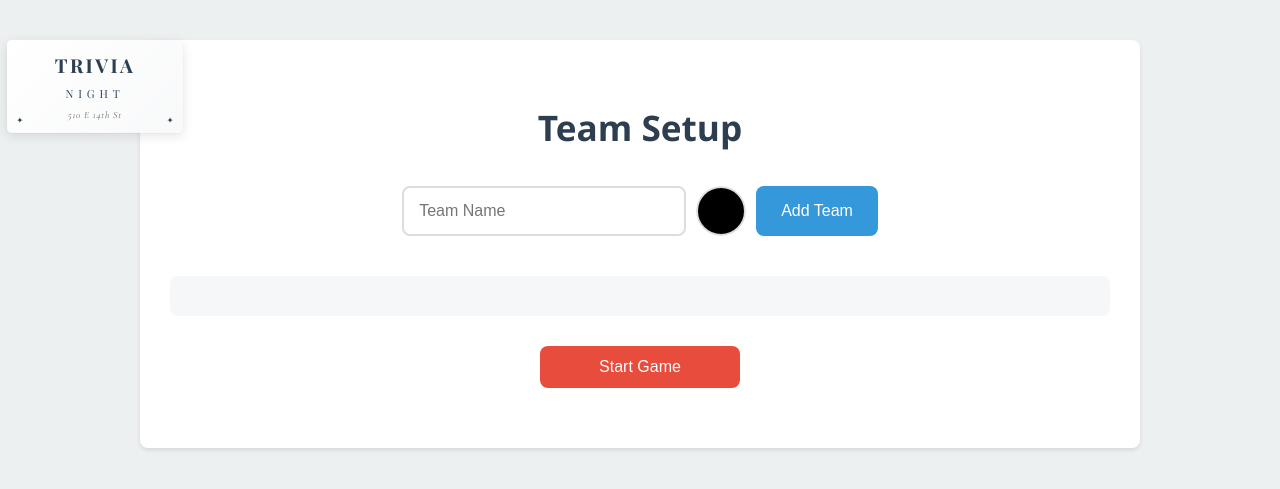
Repository: oscarfco/oscarfco.github.io
Page: projects/trivia_night/index.html
These files come from the project's save history. The page is drawn as it stood at one moment and after the next save; the edit follows.
The browser window is 1280 px wide. The pictures show the whole page.

Above is the page before, as saved 2025-01-26 01:06:47.

After the next save:
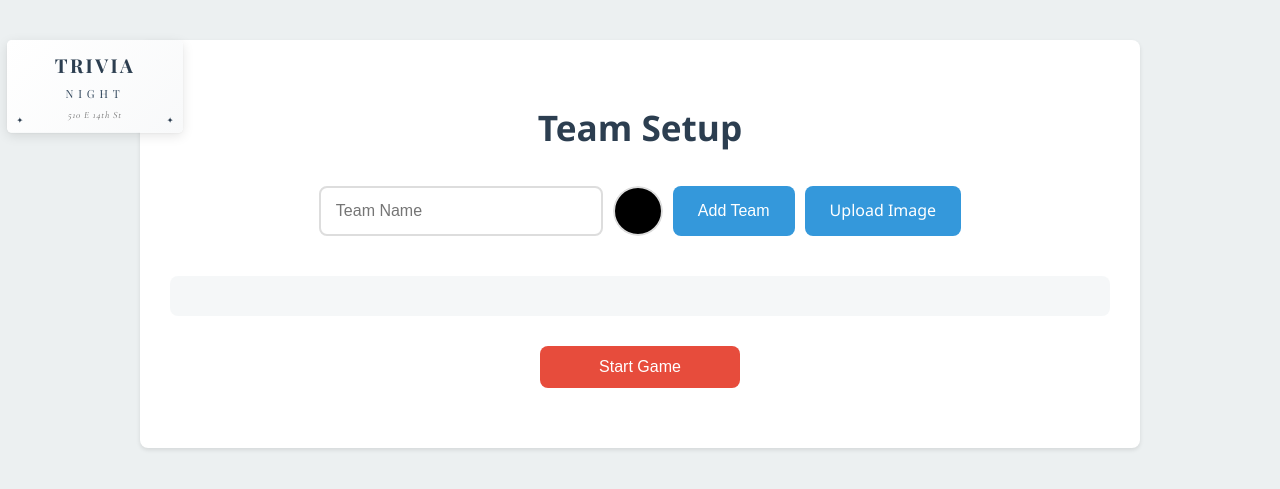
Saved 49 s later.
--- a/projects/trivia_night/index.html
+++ b/projects/trivia_night/index.html
@@ -1010,11 +1010,12 @@
         <div class="team-setup-container">
             <div class="team-input-container">
                 <input type="text" id="teamNameInput" placeholder="Team Name">
-                <input type="file" id="teamImageInput" onchange="handleImageUpload()">
                 <input type="color" id="teamColorInput" value="#000000">
                 <button onclick="addTeam()">Add Team</button>
+                <input type="file" id="teamImageInput" onchange="handleImageUpload()">
+                <label for="teamImageInput" class="image-upload-label">Upload Image</label>
             </div>
-            <span id="imageUploadSuccess" style="display: none;">✓ Image selected</span>
+            <span id="imageUploadSuccess" class="upload-success">✓ Image selected</span>
         </div>
         <div id="teamList" class="team-list"></div>
         <button onclick="startGame()" id="startGameBtn">Start Game</button>
